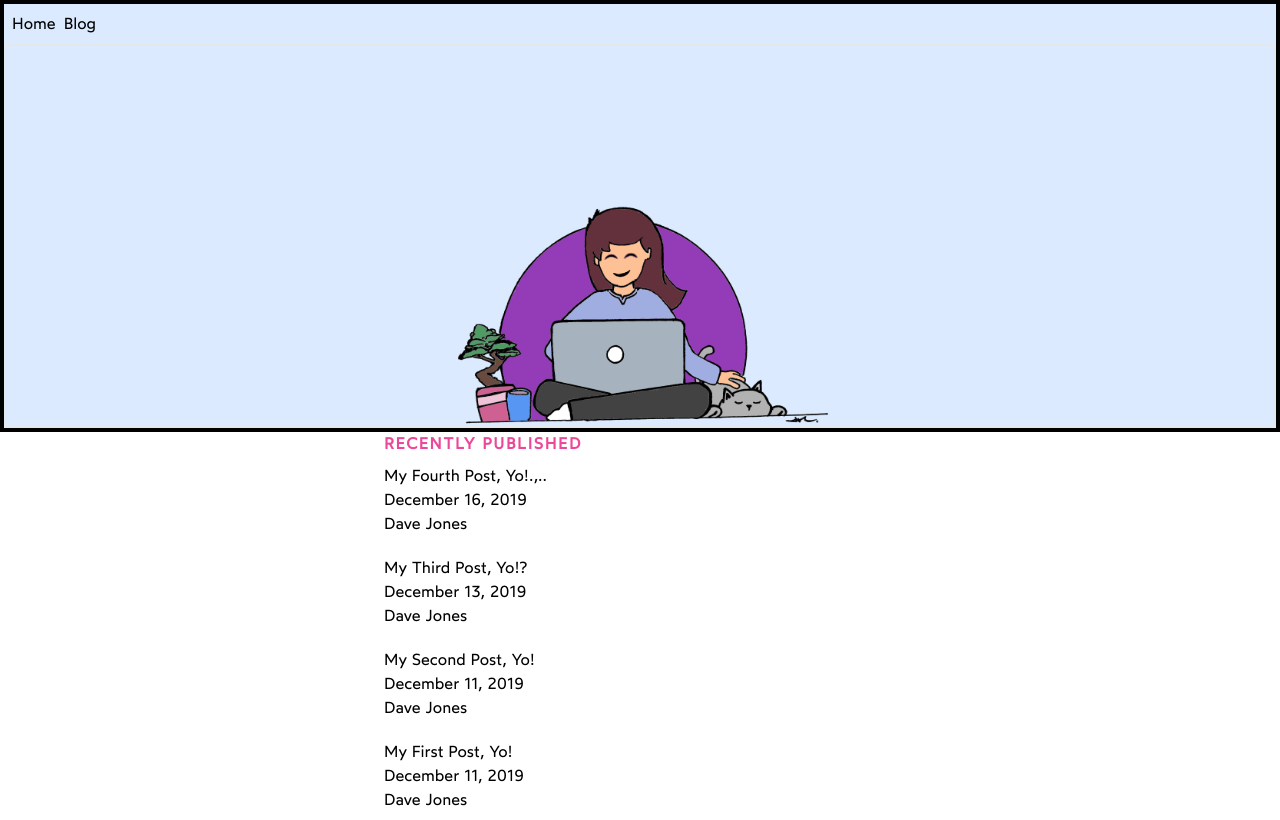
Repository: Risclover/markdown-blog
Page: /
The author's editor kept a copy of each file at every save. The page is drawn from the files as they stood at one save, then again after the next save.
The browser window is 1280 px wide. The pictures show the whole page.
The project was rebuilt for these pictures with package versions that can differ from the ones it lists, and the page was loaded fresh each time.

Above is the page before, as saved 2023-06-28 12:13:15.

After the next save:
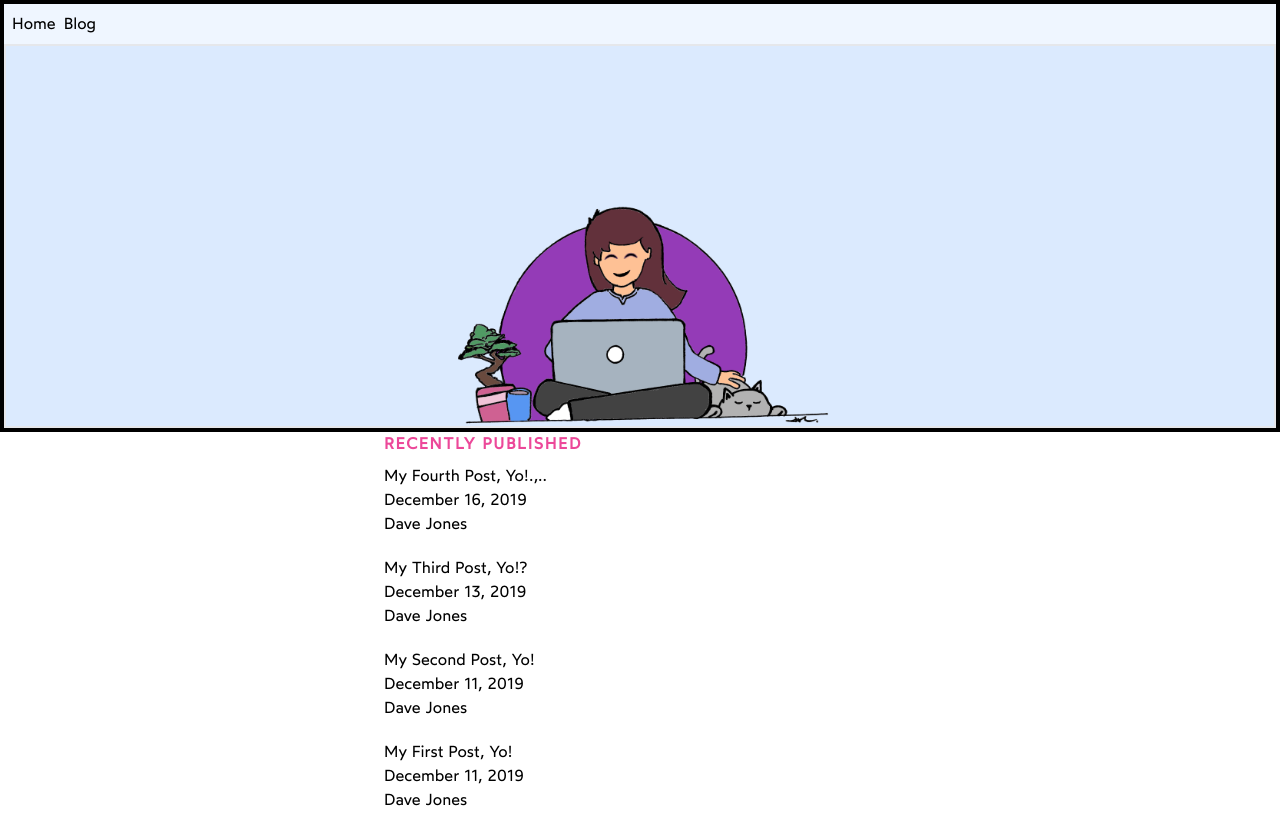
Saved 52 s later.
--- a/src/components/Header.js
+++ b/src/components/Header.js
@@ -2,7 +2,7 @@ import React from "react";
 
 export default function Header({ children }) {
   return (
-    <header className="border-2 border-black w-full bg-blue-100 flex flex-col">
+    <header className="border-2 border-black w-full bg-blue-50 flex flex-col">
       <div className="max-w-screen-xl w-full mx-auto border-2 border-black">
         {children}
       </div>
